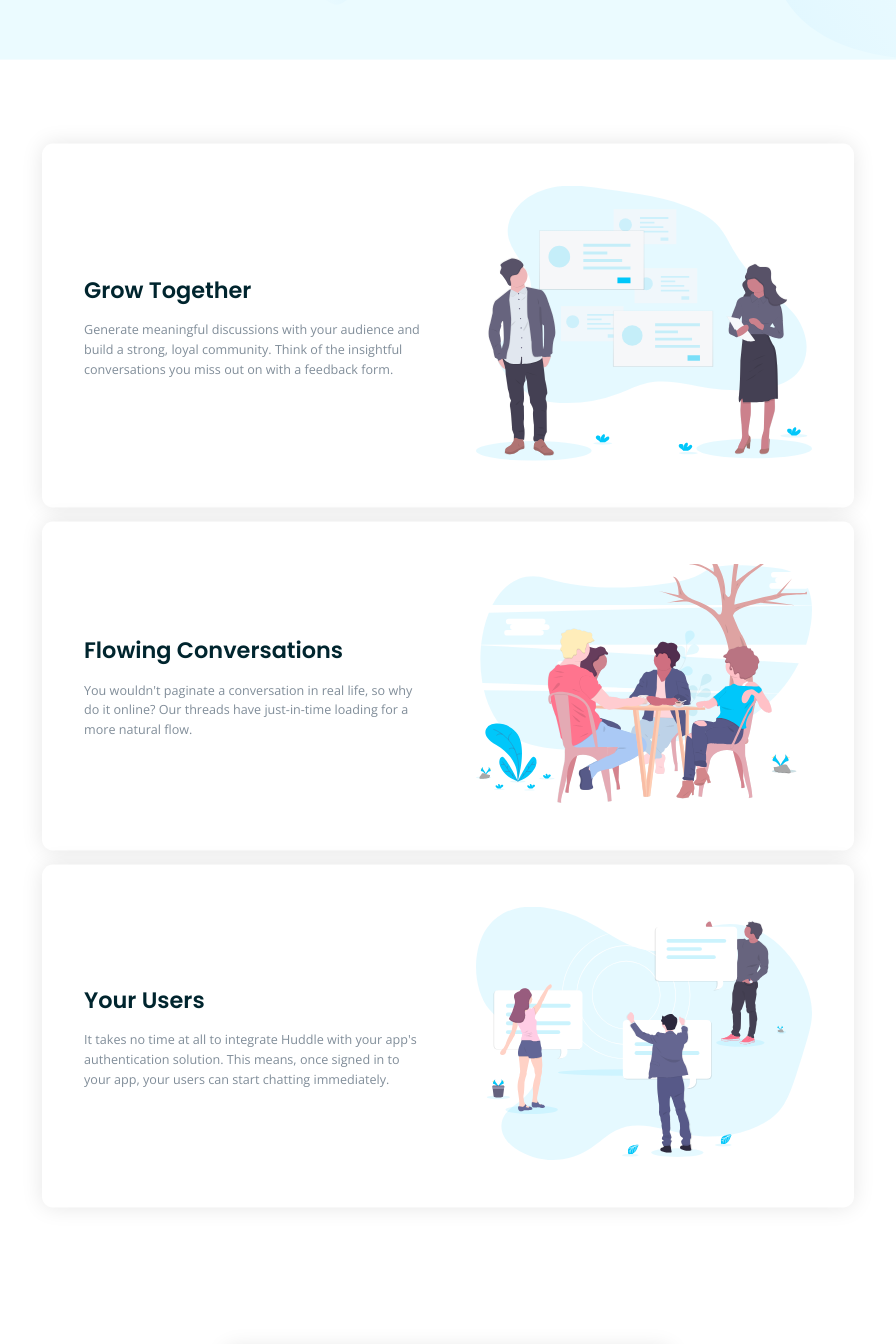
Repository: blordeus/huddle-landing-page
Page: index.html
The author's editor kept a copy of each file at every save. The page is drawn from the files as they stood at one save, then again after the next save.
The browser window is 1280 px wide. The pictures show the part of the page from y = 603 to 2523 px (the page is 3305 px tall), at 70% of full size.

Above is the page before, as saved 2025-07-01 11:44:46.

### index.html
<!DOCTYPE html>
<html lang="en">
<head>
  <meta charset="UTF-8">
  <meta name="viewport" content="width=device-width, initial-scale=1.0">
  <link rel="icon" type="image/png" sizes="32x32" href="./images/favicon-32x32.png">
  <title>Frontend Mentor | Huddle landing page with alternating feature blocks</title>

  <!-- Google Fonts -->
  <link rel="preconnect" href="https://fonts.googleapis.com">
  <link rel="preconnect" href="https://fonts.gstatic.com" crossorigin>
  <link href="https://fonts.googleapis.com/css2?family=Poppins:wght@600&family=Open+Sans:wght@400;700&display=swap" rel="stylesheet">
  <link rel="stylesheet" type="text/css" href="styles.css" />

  <!-- Font Awesome for social icons -->
  <link rel="stylesheet" href="https://cdnjs.cloudflare.com/ajax/libs/font-awesome/6.0.0/css/all.min.css">
</head>

<body>
  <section class="bg-wrapper">
  <!-- Header -->
  <header class="header">
    <div class="container">
      <div class="header-content">
        <img src="./images/logo.svg" alt="Logo">
        <a href="#" class="btn btn-outline">Try It Free</a>
      </div>
    </div>
  </header>

  <!-- Hero Section -->
   <div class="hero">
    <div class="container">
      <div class="hero-content">
        <div class="hero-text">
          <h1>Build The Community Your Fans Will Love</h1>
          <p>Huddle re-imagines the way we build communities. You have a voice, but so does your audience. Create connections with your users as you engage in genuine discussion.</p>
          <a href="#" class="btn">Get Started For Free</a>
        </div>
        <div class="hero-image">
          <img src="./images/illustration-mockups.svg" alt="Desktop and mobile chat interface showing community conversations">
        </div>
      </div>
    </div>
   </div>
  </section>

  <!-- Features Section -->
  <section class="features">
    <div class="container">
      <div class="feature">
        <div class="feature-content">
          <h2>Grow Together</h2>
          <p>Generate meaningful discussions with your audience and build a strong, loyal community. Think of the insightful conversations you miss out on with a feedback form.</p>
        </div>
        <div class="feature-image">
          <img src="./images/illustration-grow-together.svg" alt="Illustration of people having meaningful conversations and building community">
        </div>
      </div>

      <div class="feature">
        <div class="feature-content">
          <h2>Flowing Conversations</h2>
          <p>You wouldn't paginate a conversation in real life, so why do it online? Our threads have just-in-time loading for a more natural flow.</p>
        </div>
        <div class="feature-image">
          <img src="./images/illustration-flowing-conversation.svg" alt="Illustration of natural flowing conversation interface with seamless chat threads">
        </div>
      </div>

      <div class="feature">
        <div class="feature-content">
          <h2>Your Users</h2>
          <p>It takes no time at all to integrate Huddle with your app's authentication solution. This means, once signed in to your app, your users can start chatting immediately.</p>
        </div>
        <div class="feature-image">
          <img src="./images/illustration-your-users.svg" alt="Illustration showing easy user authentication and immediate chat access">
        </div>
      </div>
    </div>
  </section>

  <!-- Call to Action -->
  <section class="cta">
    <div class="container">
      <h2>Ready To Build Your Community?</h2>
      <a href="#" class="btn">Get Started For Free</a>
    </div>
  </section>

  <!-- Footer -->
  <footer class="footer">
    <div class="container">
      <a href="#" class="footer-logo">
            <img src="./images/logo.svg" alt="">
          </a>
      <div class="footer-content">
        <div class="footer-info">
          <div class="contact-info">
            <div class="contact-item">
              <img src="./images/icon-location.svg" alt="">
              <p>Lorem ipsum dolor sit amet, consectetur adipiscing elit, sed do eiusmod tempor incididunt ut labore et dolore magna aliqua</p>
            </div>
            <div class="contact-item">
              <img src="./images/icon-phone.svg" alt="">
              <p>+1-543-123-4567</p>
            </div>
            <div class="contact-item">
              <img src="./images/icon-email.svg" alt="">
              <p>example@huddle.com</p>
            </div>
          </div>
        </div>

        <div class="footer-links">
          <a href="#">About Us</a>
          <a href="#">What We Do</a>
          <a href="#">FAQ</a>
        </div>

        <div class="footer-links">
          <a href="#">Career</a>
          <a href="#">Blog</a>
          <a href="#">Contact Us</a>
        </div>

        <div class="social-icons">
          <a href="#" class="social-icon" aria-label="Facebook">
            <i class="fab fa-facebook-f"></i>
          </a>
          <a href="#" class="social-icon" aria-label="Twitter">
            <i class="fab fa-twitter"></i>
          </a>
          <a href="#" class="social-icon" aria-label="Instagram">
            <i class="fab fa-instagram"></i>
          </a>
        </div>
      </div>

      <div class="copyright">
        <p>&copy; Copyright 2018 Huddle. All rights reserved.</p>
      </div>
    </div>

    <p class="attribution">
      Challenge by <a href="https://www.frontendmentor.io?ref=challenge" target="_blank">Frontend Mentor</a>.
      Coded by <a href="#">Your Name Here</a>.
    </p>
  </footer>
</body>
</html>

### styles.css
    * {
      margin: 0;
      padding: 0;
      box-sizing: border-box;
    }

    body {
      font-family: 'Open Sans', sans-serif;
      font-size: 18px;
      line-height: 1.6;
      color: hsl(192, 100%, 9%);
    }

    .container {
      max-width: 1200px;
      margin: 0 auto;
      padding: 0 20px;
    }

    .bg-wrapper {
      background: hsl(193, 100%, 96%);
      background-image: url('./images/bg-hero-desktop.svg');
      background-size: cover;
      background-position: center;
    }

    /* Header */
    .header {
      padding: 24px 0;
    }

    .header-content {
      display: flex;
      justify-content: space-between;
      align-items: center;
    }

    .header-content img {
      height: 40px;
    }

    .btn {
      background: hsl(322, 100%, 66%);
      color: white;
      border: none;
      padding: 12px 48px;
      border-radius: 24px;
      font-family: 'Open Sans', sans-serif;
      font-weight: 700;
      font-size: 14px;
      cursor: pointer;
      text-decoration: none;
      display: inline-block;
      transition: opacity 0.3s ease;
      box-shadow: 0 4px 8px rgba(0, 0, 0, 0.1);
    }

    .btn:hover {
      opacity: 0.8;
    }

    .btn-outline {
      background: white;
      box-shadow: 0 4px 8px rgba(0, 0, 0, 0.1);
      color: #00252E;
    }

    .btn-outline:hover {
      color: #808E9A;
    }

    /* Hero Section */
    .hero {
      padding: 80px 0 120px;
    }

    .hero-content {
      display: grid;
      grid-template-columns: 1fr 1fr;
      gap: 80px;
      align-items: center;
    }

    .hero-text h1 {
      font-family: 'Poppins', sans-serif;
      font-weight: 600;
      font-size: 48px;
      line-height: 1.2;
      margin-bottom: 24px;
      color: hsl(192, 100%, 9%);
    }

    .hero-text p {
      font-size: 18px;
      color: hsl(192, 100%, 9%);
      margin-bottom: 32px;
      line-height: 1.6;
    }

    .hero-image {
      text-align: center;
    }

    .hero-image img {
      max-width: 100%;
      height: auto;
    }

    /* Features Section */
    .features {
      padding: 120px 0;
    }

    .feature {
      display: grid;
      grid-template-columns: 1fr 1fr;
      gap: 80px;
      align-items: center;
      margin-bottom: 20px;
      background: white;
      padding: 60px;
      border-radius: 16px;
      box-shadow: 0 0 30px rgba(0, 0, 0, 0.1);
    }

    .feature:nth-child(odd)


    .feature:nth-child(even) .feature-content {
      order: 2;
    }

    .feature:nth-child(even) .feature-image {
      order: 1;
    }

    .feature h2 {
      font-family: 'Poppins', sans-serif;
      font-weight: 600;
      font-size: 32px;
      margin-bottom: 16px;
      color: hsl(192, 100%, 9%);
    }

    .feature p {
      color: hsl(208, 11%, 55%);
      line-height: 1.6;
    }

    .feature-image {
      text-align: center;
    }

    .feature-image img {
      max-width: 100%;
      height: auto;
    }

    /* Call to Action */
    .cta {
      text-align: center;
      padding: 80px 0;
      background: white;
      width: 50%;
      margin: 0 auto;
      box-sizing: border-box;
      border-radius: 16px;
      box-shadow: 0 0 30px rgba(0, 0, 0, 0.1);
      position: relative;
      z-index: 2;
      transform: translateY(20%);
    }

    .cta a {
      background: hsl(322, 100%, 66%);
      color: white;
      padding: 16px 64px;
      border-radius: 24px;
      font-family: 'Open Sans', sans-serif;
      font-weight: 700;
      font-size: 14px;
      cursor: pointer;
      text-decoration: none;
      display: inline-block;
      transition: opacity 0.3s ease;
      box-shadow: 0 4px 8px rgba(0, 0, 0, 0.1);

    }

    .cta h2 {
      font-family: 'Poppins', sans-serif;
      font-weight: 600;
      font-size: 32px;
      margin-bottom: 32px;
      color: hsl(192, 100%, 9%);
    }

    /* Footer */
    .footer {
      background: hsl(192, 100%, 9%);
      color: white;
      padding: 120px 0 40px;
    }

    .footer-content {
      display: grid;
      grid-template-columns: 2fr 1fr 1fr 1fr;
      gap: 60px;
      margin-bottom: 40px;
    }

    .footer-logo {
      display: flex;
      align-items: center;
      gap: 8px;
      font-family: 'Poppins', sans-serif;
      font-weight: 600;
      font-size: 24px;
      color: white;
      text-decoration: none;
      margin-bottom: 24px;
    }

    .footer-logo .logo-icon {
      background: white;
      color: hsl(322, 100%, 66%);
    }

    .contact-info {
      display: flex;
      flex-direction: column;
      gap: 16px;
    }

    .contact-item {
      display: flex;
      align-items: flex-start;
      gap: 16px;
    }

    .contact-item i {
      margin-top: 4px;
      width: 16px;
    }

    .footer-links {
      display: flex;
      flex-direction: column;
      gap: 12px;
    }

    .footer-links a {
      color: white;
      text-decoration: none;
      transition: color 0.3s ease;
    }

    .footer-links a:hover {
      color: hsl(322, 100%, 66%);
    }

    .social-icons {
      display: flex;
      gap: 16px;
      justify-content: center;
    }

    .social-icon {
      width: 40px;
      height: 40px;
      border: 1px solid white;
      border-radius: 50%;
      display: flex;
      align-items: center;
      justify-content: center;
      color: white;
      text-decoration: none;
      transition: all 0.3s ease;
    }

    .social-icon:hover {
      color: hsl(322, 100%, 66%);
      border-color: hsl(322, 100%, 66%);
    }

    .copyright {
      text-align: center;
      font-size: 14px;
      color: hsl(208, 11%, 55%);
      padding-top: 40px;
      border-top: 1px solid hsl(208, 11%, 55%);
    }

    .attribution {
      font-size: 11px;
      text-align: center;
      margin-top: 20px;
    }

    .attribution a {
      color: hsl(228, 45%, 44%);
    }

    /* Responsive Design */
    @media (max-width: 768px) {
      .container {
        padding: 0 16px;
      }

      .bg-wrapper {
        background-image: url('./images/bg-hero-mobile.svg');
      }

      .header-content {
        flex-direction: column;
        gap: 20px;
      }

      .hero-content {
        grid-template-columns: 1fr;
        gap: 40px;
        text-align: center;
      }

      .hero-text h1 {
        font-size: 32px;
      }

      .feature {
        grid-template-columns: 1fr;
        gap: 40px;
        padding: 40px 20px;
        text-align: center;
      }

      .feature:nth-child(even) .feature-content,
      .feature:nth-child(even) .feature-image {
        order: unset;
      }

      .footer-content {
        grid-template-columns: 1fr;
        gap: 40px;
        text-align: center;
      }

      .social-icons {
        justify-content: center;
      }

      .cta {
        margin: 0 16px;
        padding: 40px 20px;
      }

      .cta h2 {
        font-size: 24px;
      }
    }

After the next save:
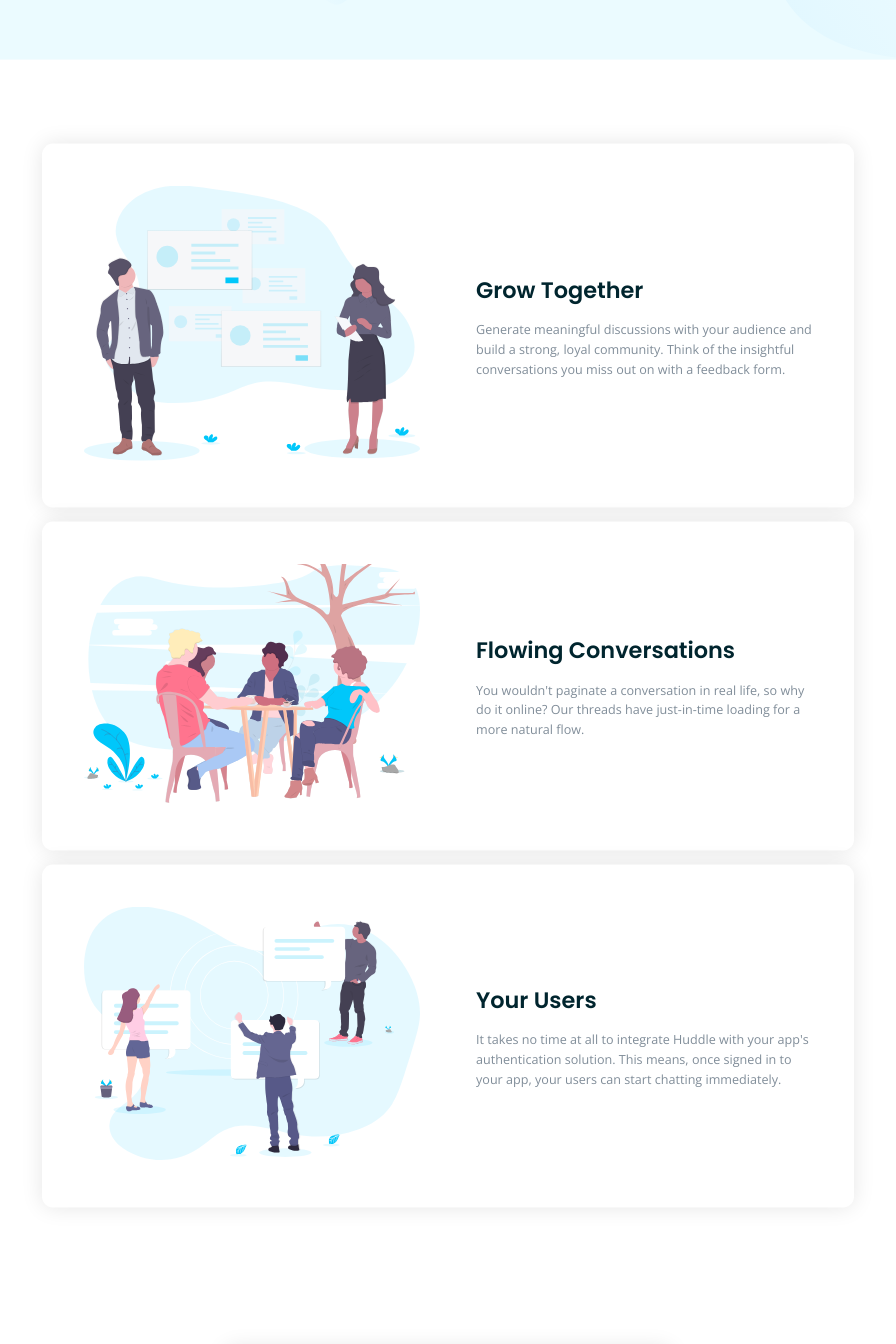
Saved 4 s later.
--- a/styles.css
+++ b/styles.css
@@ -123,7 +123,9 @@
       box-shadow: 0 0 30px rgba(0, 0, 0, 0.1);
     }
 
-    .feature:nth-child(odd)
+    .feature:nth-child(odd) .feature-content {
+      order: 1;
+    }
 
 
     .feature:nth-child(even) .feature-content {

After the save that followed:
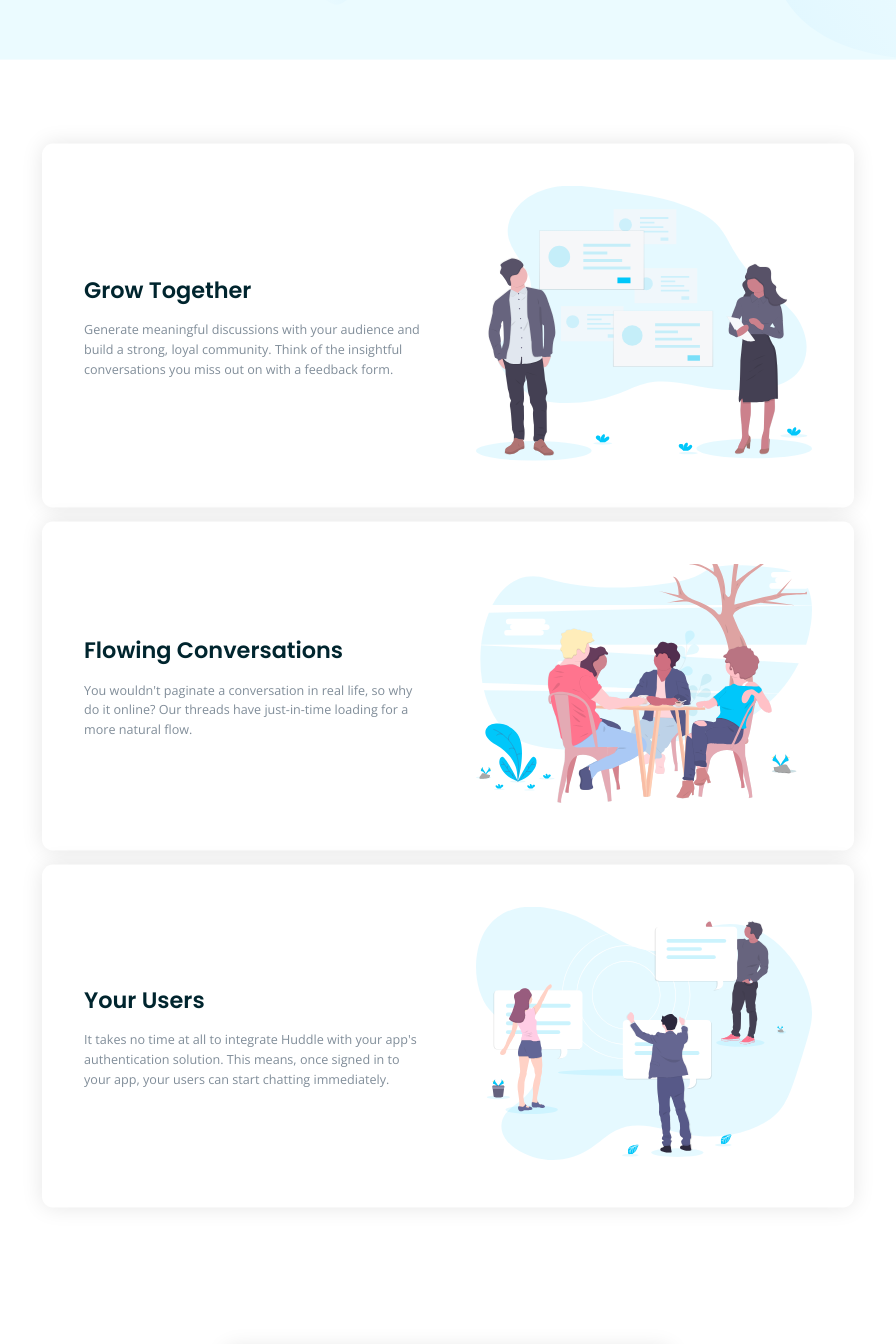
Saved 9 s later.
--- a/styles.css
+++ b/styles.css
@@ -123,9 +123,7 @@
       box-shadow: 0 0 30px rgba(0, 0, 0, 0.1);
     }
 
-    .feature:nth-child(odd) .feature-content {
-      order: 1;
-    }
+    .feature:nth-child(odd)
 
 
     .feature:nth-child(even) .feature-content {
